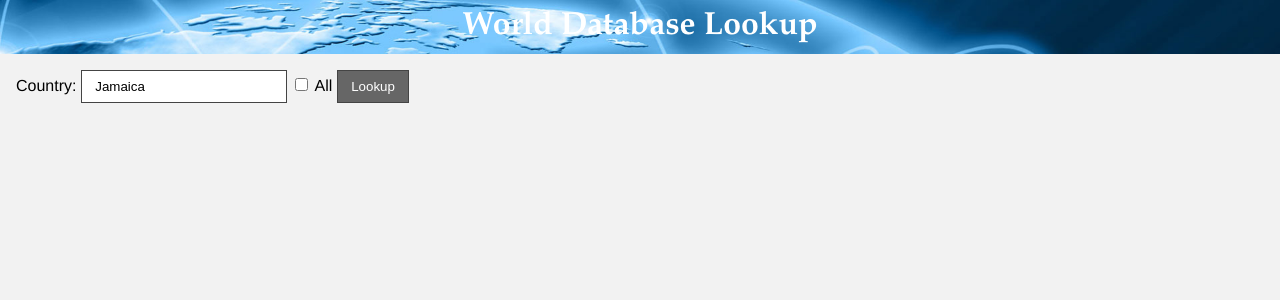
Repository: zBraVo17/info2180-lab7
Page: index.html
The author's editor kept a record of every edit. The page is drawn from the files as they stood at one moment, then again after the next edit.
The browser window is 1280 px wide. The pictures show the whole page.
Some web libraries are served in a nearby version.

Above is the page before.

After the next edit:
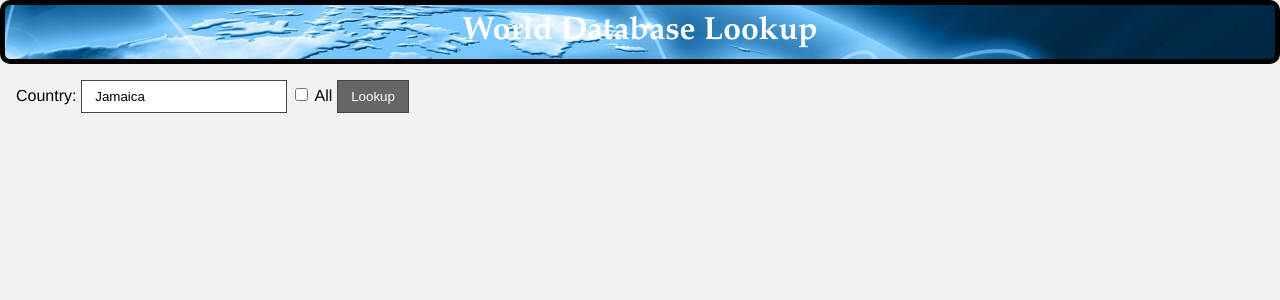
The edit:
--- a/world.css
+++ b/world.css
@@ -26,7 +26,10 @@
     background-size: cover;
     background-repeat: no-repeat;
     font-family: Palatino;
-    border-color: black;
+    border-style: solid;
+    border-width: thick;
+    border-color: #000;
+    border-radius: 10px;
     text-align: center;
     color: #fff;
     margin: 0;
